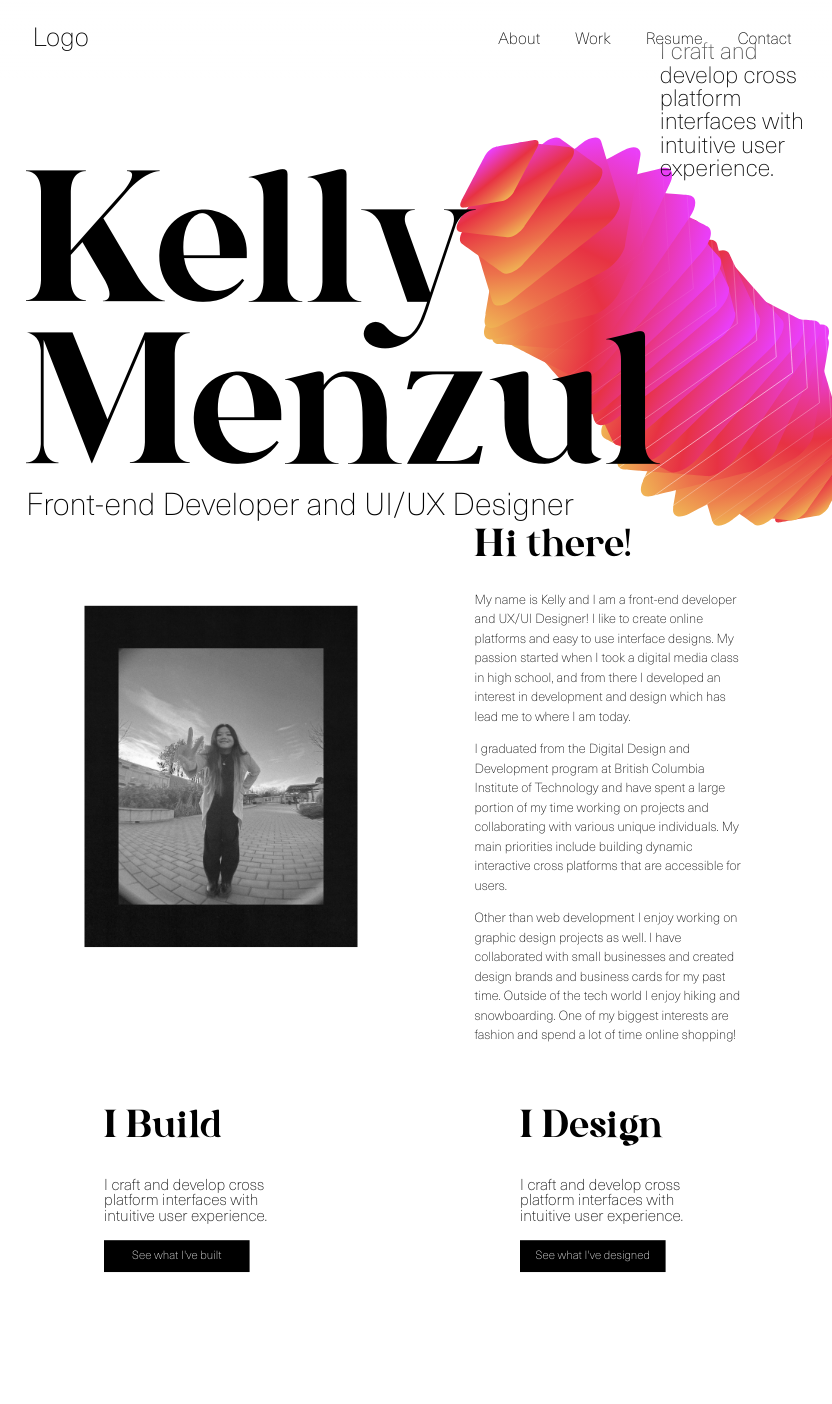
Repository: KellyMenzul/Kelly-Menzul
Page: /
An editor plug-in stored every save of this project. The page is shown before and after the next save, followed by the edit.
The browser window is 1280 px wide. The pictures show the whole page, at 65% of full size.
The project was rebuilt for these pictures with package versions that can differ from the ones it lists, and the page was loaded fresh each time. The framework's server and built-in components were replaced by stand-ins that run in the browser. Also part of the build but not shown: next.config.js.

Above is the page before, as saved 2022-01-20 15:35:41.

### pages/_document.js
import Document from 'next/document';
import { ServerStyleSheet } from 'styled-components';

export default class MyDocument extends Document {
 static async getInitialProps(ctx) {
   const sheet = new ServerStyleSheet();
   const originalRenderPage = ctx.renderPage;

   try {
     ctx.renderPage = () =>
       originalRenderPage({
         enhanceApp: (App) => (props) =>
           sheet.collectStyles(<App {...props} />),
       });

     const initialProps = await Document.getInitialProps(ctx);
     return {
       ...initialProps,
       styles: (
         <>
           {initialProps.styles}
           {sheet.getStyleElement()}
         </>
       ),
     };
   } finally {
     sheet.seal();
   }
 }
}

### pages/index.js
import Image from 'next/image'
import styled from 'styled-components'
import MenuBar from '../comps/MenuBar'
import Name from '../comps/Name'
import Position from '../comps/Position'
import Intro from '../comps/Intro'
import Head from '../comps/Head'
import Work from '../comps/Work'
import { useState, useEffect } from "react";
import Load from '../comps/Load'


const Holder = styled.div`
display:flex;
flex-direction:column;
width:100%;
height:100%;
flex-wrap:wrap;
`
const MenuHolder = styled.div`
display:flex;
flex-direction:column;
width:100%;
position:fixed;
z-index:2;
`
const LandingHolder = styled.div`
display:flex;
position:relative;
width:100%;
height:100vh;
padding:40px;
flex-wrap:wrap;
`
const LandingHolderLeft = styled.div`
display:flex;
width:100%;
flex:2;
flex-direction:column;
justify-content:flex-end;
`

const LandingHolderRight = styled.div`
display:flex;
flex:1;
align-items:flex-start;
justify-content:flex-end;
`

const NameHolder = styled.div``

const IntroHolder = styled.div`
display:flex;
`
// About

const AboutHolder = styled.div`
display:flex;
flex-direction:row;
width:100%;
height:100vh;
padding:40px;
flex-wrap:wrap;
`

const  AboutHolderLeft = styled.div`
flex:1;
display:flex;
flex-direction:column;
justify-content:center;
align-items:center;
`

const  AboutHolderRight = styled.div`
display:flex;
flex-direction:column;
align-items:center;
justify-content:center;
flex:1;
`
const AboutMeHolder = styled.div`
display:flex;
flex-direction:column;
width:70%;
`

// work

const WorkHolder = styled.div `
display:flex;
flex-direction:row;
width:100%;
height:100vh;
flex-wrap:wrap;
`
const  WorkHolderLeft = styled.div`
display:flex;
align-items:center;
justify-content:center;
flex:1;
`

const  WorkHolderRight = styled.div`
flex:1;
display:flex;
align-items:center;
justify-content:center;
`

const LoadHolder = styled.div`
position:absolute;
z-index:-1;
top:-300px;
left:200px;

`
const TextHolder  =styled.div``

const HeroImage = styled.img`
width:70%;
`

export default function Home() {
  // const [setup1, setSetup1] =  useState(false)

  // if (setup1 === false) {
  //   setTimeout(() => {
  //     setSetup1(true)
  //   },5000)

  //   return <LoadHolder>
  //     <Load/>
  //     <TextHolder>Welcome</TextHolder>
  //   </LoadHolder>
  // }

  return (
    <Holder>
      <MenuHolder>
        <MenuBar />
      </MenuHolder>


      <LandingHolder id='landing'>
        <LoadHolder>
          <Load/>
        </LoadHolder>

        <LandingHolderLeft>
          <NameHolder>
            <Name/>
            <Position topmargin='-160px'/>
          </NameHolder>
        </LandingHolderLeft>

        <LandingHolderRight>
          <IntroHolder>
           <Intro/>
          </IntroHolder>
        </LandingHolderRight>
      </LandingHolder>

      <AboutHolder id='about'>
        <AboutHolderLeft>
          <HeroImage src='/me.png'/>
        </AboutHolderLeft>
        <AboutHolderRight>
            <AboutMeHolder>
              <Head text='Hi there!'/>
              <Position fontsize='20px' text='My name is Kelly and I am a front-end developer and UX/UI Designer! I like to create online platforms and easy to use interface designs. My passion started when I took a digital media class in high school, and from there I developed an interest in development and design which has lead me to where I am today.'/>
              <Position fontsize='20px' text='I graduated from the Digital Design and Development program at British Columbia Institute of Technology and have spent a large portion of my time working on projects and collaborating with various unique individuals. My main priorities include building dynamic interactive cross platforms that are accessible for users.'/>
              <Position fontsize='20px' text='Other than web development I enjoy working on graphic design projects as well. I have collaborated with small businesses and created design brands and business cards for my past time. Outside of the tech world I enjoy hiking and snowboarding. One of my biggest interests are fashion and spend a lot of time online shopping!'/>
            </AboutMeHolder>
        </AboutHolderRight>
      </AboutHolder>

      <WorkHolder id='work'>
        <WorkHolderLeft>
          <Work routeTo='/development' buttontext="See what I've built" text='I craft and develop cross platform interfaces with intuitive user experience.' headerhere='I Build'/>
        </WorkHolderLeft>
        <WorkHolderRight>
          <Work routeTo='/design' buttontext="See what I've designed" text='I craft and develop cross platform interfaces with intuitive user experience.' headerhere='I Design'/>
        </WorkHolderRight>
      </WorkHolder>



    </Holder>
  )
}

### styles/globals.css
@font-face {
  font-family: "textbold";
  src: url(../public/fonts/NeueHaasUnica/NeueHaasUnica-Bold.ttf);
  font-display: swap;
}

@font-face {
  font-family: "textlight";
  src: url(../public/fonts/NeueHaasUnica/NeueHaasUnica-ExtraLight.ttf);
  font-display: swap;
}

@font-face {
  font-family: "heading";
  src: url(../public/fonts/GishellaMorely/Gishella\ Morely.ttf);
  font-display: swap;
}

html,
body {
  padding: 0;
  margin: 0;
  font-family: "textlight";
  scroll-behavior: smooth;
  overflow-x: hidden;
}


a {
  color: inherit;
  text-decoration: none;
}

* {
  box-sizing: border-box;
}

### comps/MenuBar/index.js
import styled from "styled-components";
import React from "react";
import Link from "next/link";

const Holder = styled.div `
display:flex;
align-items:center;
justify-content:center;
width:100%;
background: rgb(255,255,255);
background: linear-gradient(180deg, rgba(255,255,255,1) 0%, rgba(148,187,233,0) 100%);
`
const LogoHolder = styled.div `
margin-left:50px;
`

const Left = styled.div`
flex:1;
`

const Right = styled.div`
flex:1;
display:flex;
justify-content:flex-end;
`

const MenuButtonHolder = styled.div`
display:flex;
flex-firection:row;
width:100%;
justify-content:flex-end;
gap:30px;
margin-right:50px;
`

const MenuButton = styled.button`
border-style:none;
background-color:${props=>props.bgcolor};
font-family:"textlight";
font-size:25px;
color:black;
padding:12px;

&:hover {
    text-decoration:underline;
}
`

const Logo = styled.p`
font-size:40px;
`


const MenuBar = ({
    onButtonPress=()=>{},
    bgcolor="transparent",
}) => {

    return <Holder>
        <Left>
            <Link href="#landing">
            <LogoHolder>
                <Logo>Logo</Logo>
            </LogoHolder>
            </Link>
        </Left>
        <Right>
            <MenuButtonHolder>
                <Link href="#about">
                    <MenuButton bgcolor={bgcolor} onClick={()=>{onButtonPress()}}>About</MenuButton>
                </Link>

                <Link href="#work">
                <MenuButton bgcolor={bgcolor}>Work</MenuButton>
                </Link>

                <MenuButton bgcolor={bgcolor}>Resume</MenuButton>

                <Link href="mailto:kmnzul@gmail.com">
                <MenuButton bgcolor={bgcolor}>Contact</MenuButton>
                </Link>

            </MenuButtonHolder>
        </Right>
    </Holder>
}

export default MenuBar;

### comps/Name/index.js
import styled from "styled-components";
import React from "react";
import { style } from "@mui/system";

const TextHolder = styled.div `
dispay:flex;
flex-wrap:wrap;
width:100%;

`

const Text = styled.h1`
font-family:"heading";
font-size:288px;
font-weight:400;
line-height:250px;
`

const Name = ({}) => {
    return <TextHolder>
        <Text>Kelly Menzul</Text>
        </TextHolder>

}

export default Name;

### comps/Position/index.js
import styled from "styled-components";
import React from "react";

const TextHolder = styled.div`
dispay:flex;
flex-wrap:wrap;
width:100%;
`

const Text = styled.p`
font-family:"textlight";
font-size:${props=>props.fontsize};
font-weight:400;
margin-top:${props=>props.topmargin};
line-height:30px;
`
// margin-top:-160px;
const Position = ({
    text = "Front-end Developer and UI/UX Designer",
    fontsize = "48px",
    topmargin = "0px"
}) => {
    return <TextHolder>
    <Text topmargin={topmargin} fontsize={fontsize}>{text}</Text>
    </TextHolder>
}

export default Position;

### comps/Intro/index.js
import styled from "styled-components";
import React from "react";

const TextHolder = styled.div `
dispay:flex;
flex-wrap:wrap;
width:100%;

`

const Text = styled.h1`
font-family:"textlight";
font-weight:400;
font-size:36px;
`

const Intro = ({}) => {
    return <TextHolder>
        <Text>I craft and develop cross platform interfaces with intuitive user experience.</Text>
        </TextHolder>

}

export default Intro;

### comps/Head/index.js
import styled from "styled-components";
import React from "react";

const TextHolder = styled.div `
dispay:flex;
flex-wrap:wrap;
width:100%;

`

const Text = styled.h1`
font-family:"heading";
font-size:${props=>props.headsize};
font-weight:400;
`

const Head = ({
    headsize="60px",
    text="Heading"
}) => {
    return <TextHolder>
        <Text headsize={headsize}>{text}</Text>
        </TextHolder>

}

export default Head;

### comps/Work/index.js
import styled from "styled-components";
import React from "react";
import Head from "../Head";
import Position from "../Position";
import router, {useRouter} from 'next/router';

const Holder = styled.div `
display:flex;
flex-direction:column;
width:50%;
`

const Header = styled.h2 `
font-family:"heading";
font-size:${props=>props.headsize};
font-weight:400;
`

const Text = styled.p `
font-family:"textlight";
font-size:${props=>props.fontsize};
font-weight:400;
margin-top:${props=>props.topmargin};
`

const Button = styled.button `
border-style:none;
font-family:"textlight";
color:white;
background-color:black;
font-size:18px;
padding:15px;
width:70%;
transition:1s;

&: hover {
    background-color:#FF312E;
}


`

// margin-top:-160px;
const Work = ({
    headsize="60px",
    text = "text",
    fontsize = "24px",
    topmargin = "0px",
    headerhere='header',
    buttontext =  "buttontext",
    routeTo = '/.'

}) => {
    return <Holder>
        <Header headsize={headsize}>{headerhere}</Header>
        <Text topmargin={topmargin} fontsize={fontsize}>{text}</Text>
        <Button onClick={()=>router.push(routeTo)}>{buttontext}</Button>

    </Holder>
}

export default Work;

### comps/Load/index.js
import styled from 'styled-components';
import React, {useEffect, useRef, useState} from 'react';
import lottie from 'lottie-web';


const Container = styled.div`
    width:150%;
`

// const Buttons = styled.button``
var anim = null;


const Load = ({}) => {
    const container = useRef(null)

    useEffect(() => {
        anim = lottie.loadAnimation({
            container: container.current,
            renderer: 'svg',
            loop: true,
            autoplay:true,
            animationData: require('../../public/load.json')

        })
        lottie.setSpeed(0.1);
    }, [])

    return <Container>
        <div className="container" ref={container}></div>
    </Container>
}

export default Load;

Loaded but not shown: pages/_app.js (common file); public/load.json (1 lines, source omitted)

After the next save:
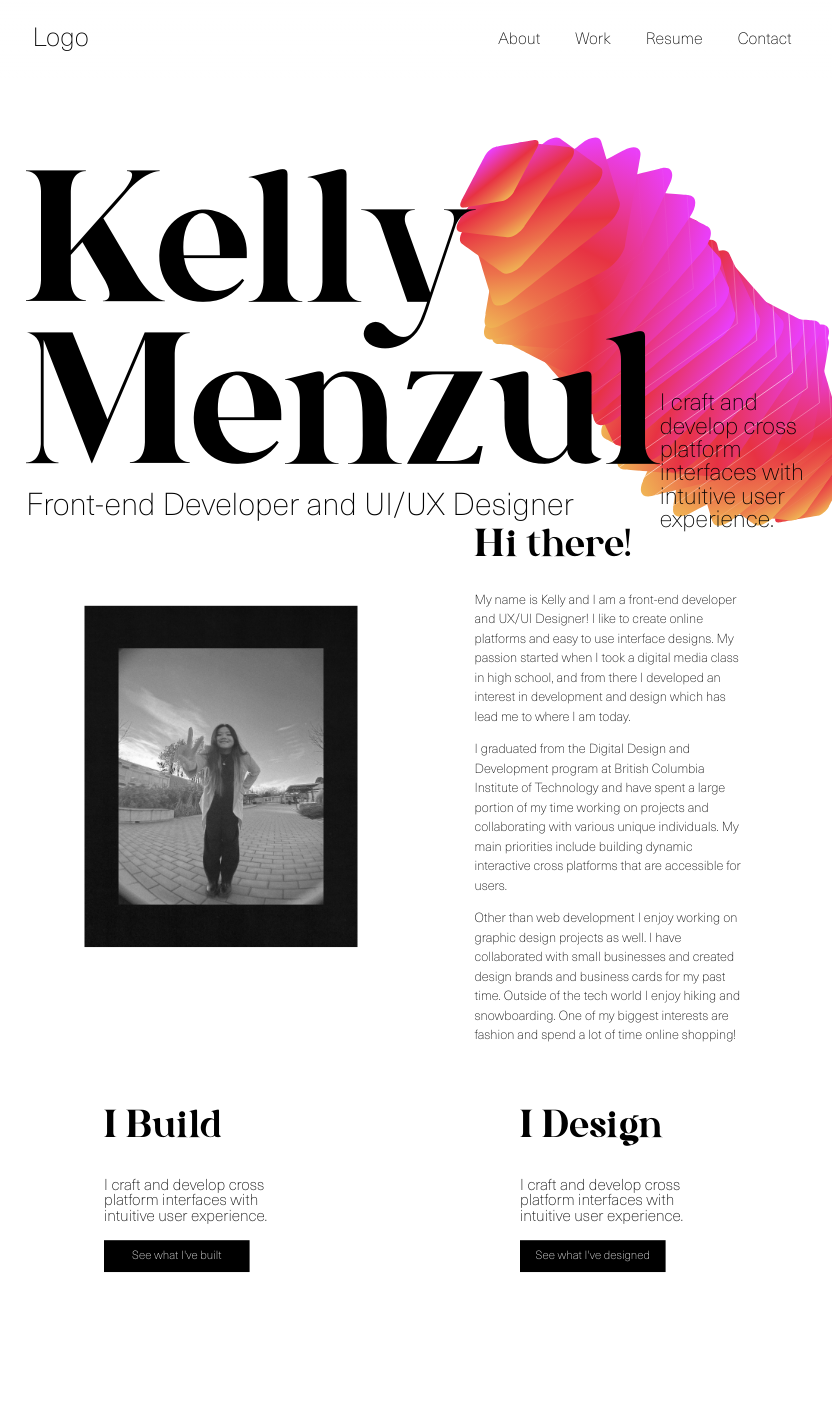
Saved 22 s later.
--- a/pages/index.js
+++ b/pages/index.js
@@ -43,7 +43,7 @@
 const LandingHolderRight = styled.div`
 display:flex;
 flex:1;
-align-items:flex-start;
+align-items:flex-end;
 justify-content:flex-end;
 `
 

After the save that followed:
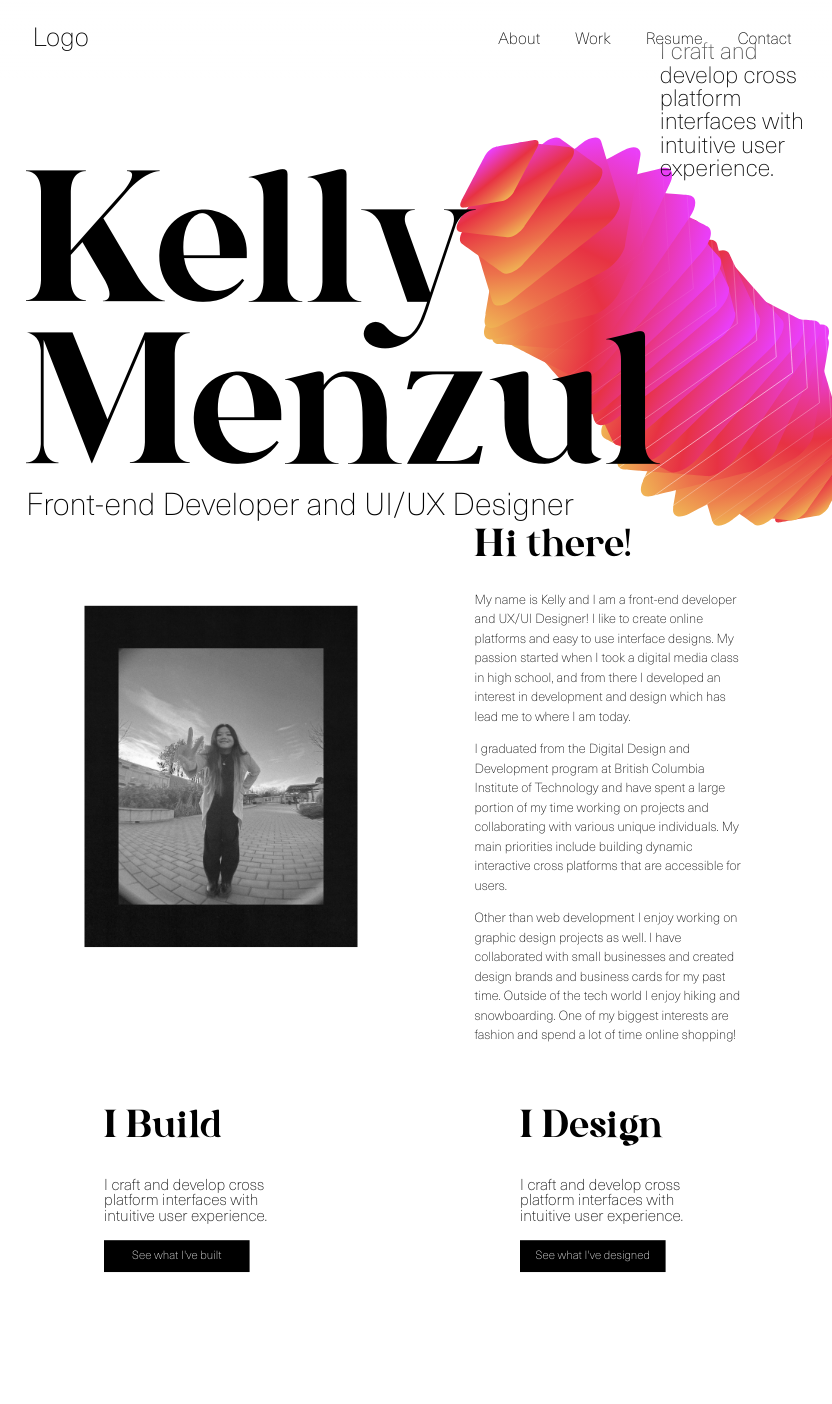
Saved 8 s later.
--- a/pages/index.js
+++ b/pages/index.js
@@ -43,7 +43,7 @@
 const LandingHolderRight = styled.div`
 display:flex;
 flex:1;
-align-items:flex-end;
+align-items:flex-start;
 justify-content:flex-end;
 `
 
